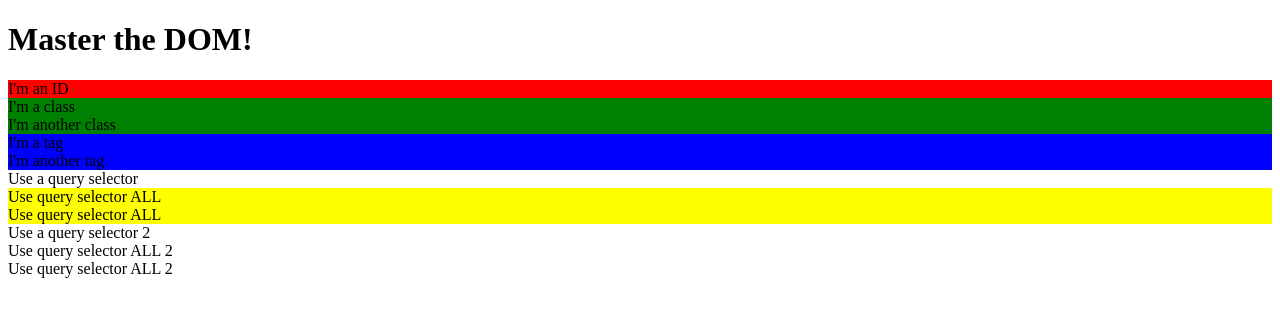
Repository: glgeorgiou/100-days-of-code-projects
Page: DOM Testing/1.html
These files come from the project's save history. The page is drawn as it stood at one moment and after the next save; the edit follows.
The browser window is 1280 px wide. The pictures show the whole page.

Above is the page before, as saved 2020-04-14 10:43:09.

After the next save:
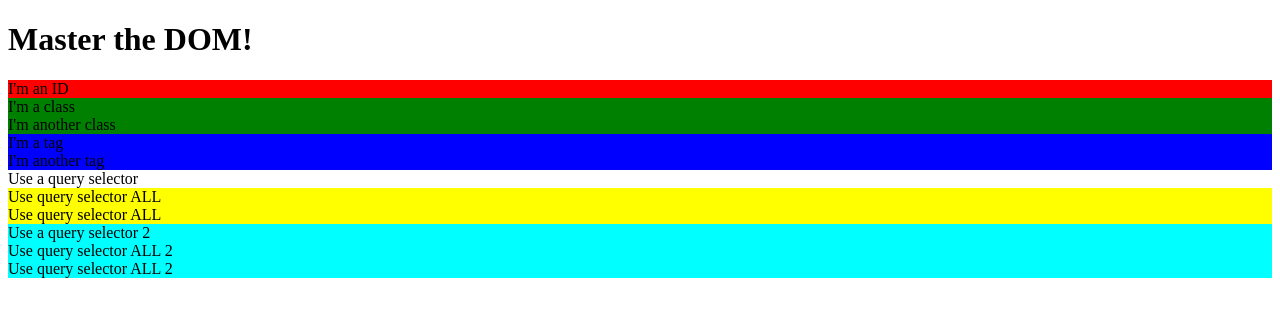
Saved 25 s later.
--- a/DOM Testing/1.js
+++ b/DOM Testing/1.js
@@ -33,10 +33,7 @@
     });
 
 //Alternativellly
-/**
- *
- testQueryAll2 = document.querySelectorAll('#test-query2, .test-query-all2')
-  testQueryAll.forEach(query => {
-     query.style.backgroundColor = 'cyan';
-   });
- */
+testQueryAll2 = document.querySelectorAll('#test-query2, .test-query-all2')
+ testQueryAll2.forEach(query => {
+    query.style.backgroundColor = 'cyan';
+  });
